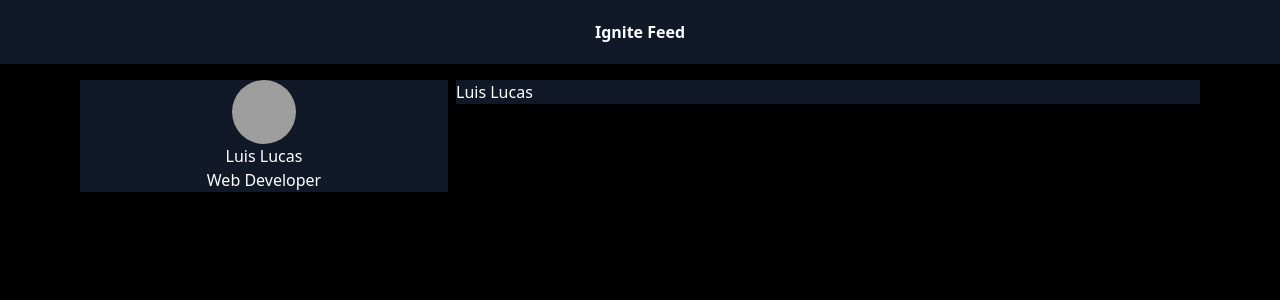
Repository: LuisSempre/ignite-feed
Page: /
An editor plug-in stored every save of this project. The page is shown before and after the next save, followed by the edit.
The browser window is 1280 px wide. The pictures show the whole page.
Pictures or frames that could not be fetched are drawn as grey boxes. The project was rebuilt for these pictures with package versions that can differ from the ones it lists, and the page was loaded fresh each time. Also part of the build but not shown: vite.config.js.

Above is the page before, as saved 2022-07-13 21:33:09.

### src/App.jsx
import { Header } from "./Components/Header"
import { Sidebar } from "./Components/Sidebar"
function App() {
  return (
    <div>
      <Header />
      <div className="max-w-6xl mx-auto p-4 grid grid-cols-3 gap-2 items-start">
        <Sidebar />
        <div className="bg-gray-900 col-span-2">
          Luis Lucas
        </div>
      </div>
    </div>
  );
}

export default App;

### src/index.css
@tailwind base;
@tailwind components;
@tailwind utilities;

* {
    @apply bg-black text-white;
}

h1, span {
    @apply bg-gray-900
}

### src/Components/Header.jsx
export function Header() {
  return (
    <div className="flex max-w-7xl items-center justify-center h-16 bg-gray-900">
      <h1 className="font-bold bg-gray-900">Ignite Feed</h1>
    </div>
  )
}

### src/Components/Sidebar.jsx
export function Sidebar() {
  return (
    <div className="bg-gray-900 justify-center items-center flex flex-col text-center overflow-hidden object-cover">
      <img
        className="w-16 h-16 rounded-full"
        src="https://avatars.githubusercontent.com/u/32404639?v=4"
        alt=""
      />
      <h1>Luis Lucas</h1>
      <span>Web Developer</span>
    </div>
  );
}

Loaded but not shown: index.html (common file); src/main.jsx (common file); tailwind.config.js (common file)

After the next save:
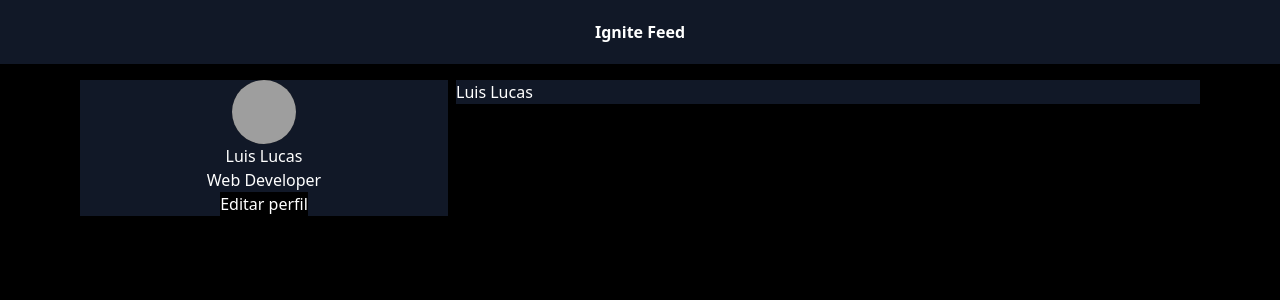
Saved 95 s later.
--- a/src/Components/Sidebar.jsx
+++ b/src/Components/Sidebar.jsx
@@ -8,6 +8,11 @@ export function Sidebar() {
       />
       <h1>Luis Lucas</h1>
       <span>Web Developer</span>
+      <div>
+        <a href="">
+            Editar perfil
+        </a>
+      </div>
     </div>
   );
 }
